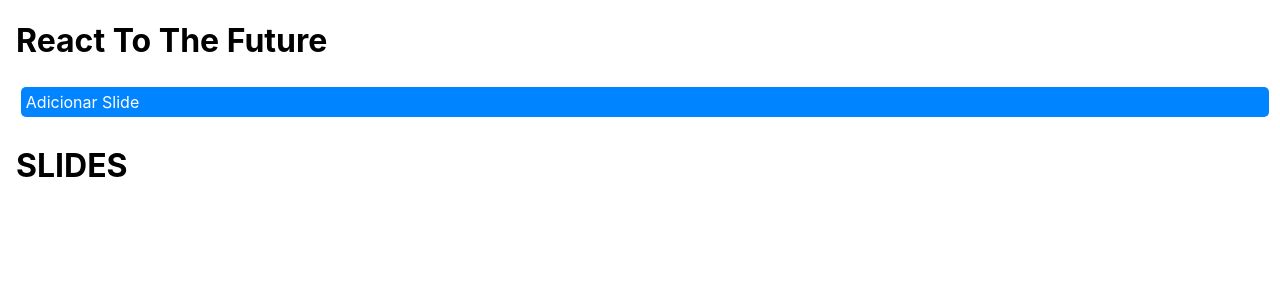
Repository: gotomarcelo/MERN
Page: / (app in cliente/)
These files come from the project's save history. The page is drawn as it stood at one moment and after the next save; the edit follows.
The browser window is 1280 px wide. The pictures show the whole page.
The page's requests for data from a server got no answer. The project was rebuilt for these pictures with package versions that can differ from the ones it lists, and the page was loaded fresh each time. No one was signed in, and anything a server would have sent is missing.

Above is the page before, as saved 2022-01-03 11:06:00.

### cliente/src/App.js
import React, { useState, useEffect } from "react";
import Axios from "axios";
import "./App.css";
import Colapsavel from "./Colapsavel";

function App() {
  const [tituloSlide, setTitulo] = useState("");
  const [conteudoSlide, setConteudo] = useState("");

  const [newTituloSlide, setNewTituloSlide] = useState("");
  const [newConteudoSlide, setNewConteudoSlide] = useState("");

  const [slideList, setSlideList] = useState([]);

  useEffect(() => {
    Axios.get("http://localhost:3001/read").then((response) =>
      setSlideList(response.data)
    );
  }, []);

  const addToList = () => {
    Axios.post("http://localhost:3001/insert", {
      tituloSlide: tituloSlide,
      conteudoSlide: conteudoSlide,
    });
    window.location.reload();
  };

  const updateSlide = (id) => {
    Axios.put("http://localhost:3001/update", {
      id: id,
      newTituloSlide: newTituloSlide,
      newConteudoSlide: newConteudoSlide,
    });
    window.location.reload();
  };

  const deleteSlide = (id) => {
    Axios.delete(`http://localhost:3001/delete/${id}`);
    window.location.reload();
  };

  return (
    <>
    <body>
        <h1>React To The Future</h1>
        <Colapsavel label="Adicionar Slide">
          <label>Título:</label>
          <input
            type="text"
            onChange={(event) => {
              setTitulo(event.target.value);
            } } />

          <label>Conteudo:</label>
          <input
            type="text"
            onChange={(event) => {
              setConteudo(event.target.value);
            } } />
          <button onClick={addToList}>Add To List</button>
        </Colapsavel>
        <h1>SLIDES</h1>
        {slideList.map((val, key) => {
          return (
            <Colapsavel label={val.tituloSlide} key={key}>
              <h1>{val.tituloSlide}</h1>
              <p>{val.conteudoSlide}</p>
              <input
                type="text"
                placeholder="Novo nome do título"
                onChange={(event) => {
                  setNewTituloSlide(event.target.value);
                } } />
              <input
                type="text"
                placeholder="Atualizar conteudo"
                onChange={(event) => {
                  setNewConteudoSlide(event.target.value);
                } } />
              <button onClick={() => updateSlide(val._id)}>Atualizar</button>
              <button onClick={() => deleteSlide(val._id)}>Deletar</button>
            </Colapsavel>
          );
        })}
      </body></>
  );
}

export default App;

### cliente/src/index.css
body {
    font-family: -apple-system, BlinkMacSystemFont, 'Segoe UI', Roboto, Oxygen,
     Ubuntu, Cantarell, 'Open Sans', 'Helvetica Neue', sans-serif;
}

### cliente/src/App.css
.App {
  text-align: center;
  display: flex;
  flex-direction: column;
  justify-content: center;
  align-items: center;
}

input, button {
  width: 200px;
  height: 30px;
  font-size: 20px;
  margin: 5px;

}

### cliente/src/Colapsavel.js
import React, { useState, useRef } from "react";
import "./Colapsavel.css";

function Colapsavel(props) {
  const [isOpen, setIsOpen] = useState(false);

  const paiRef = useRef();

  return (
    <div className="colapsavel">
      <button className="toggle" onClick={() => setIsOpen(!isOpen)}>
        {props.label}
      </button>
      <div
      className="conteudo-pai"
      ref={paiRef}
      style={isOpen
        ?   {
            height: paiRef.current.scrollHeight + "px"
            }
        :   {
            height: "0px"
            }
      }
    >
        <div className="conteudo">{props.children}</div>
      </div>
    </div>
  );
}

export default Colapsavel;

### cliente/src/Colapsavel.css
.colapsavel .toggle {
  background: #0084ff;
  border: unset;
  cursor: pointer;
  font: unset;
  padding: 0.3rem;
  border-radius: 5px;
  color: #ffffff;
  margin-bottom: 0.5rem;
  width: 100%;
  text-align: left;
}

.colapsavel .conteudo {
    border: 1px solid #afafaf;
    padding: 0.5rem;
    border-radius: 5px;
    margin-bottom: 0.5rem;
}

.colapsavel .conteudo-pai {
    height: 0px;
    overflow: hidden;
    transition: height ease 0.3s;
}

Loaded but not shown: cliente/src/index.js (common file)

After the next save:
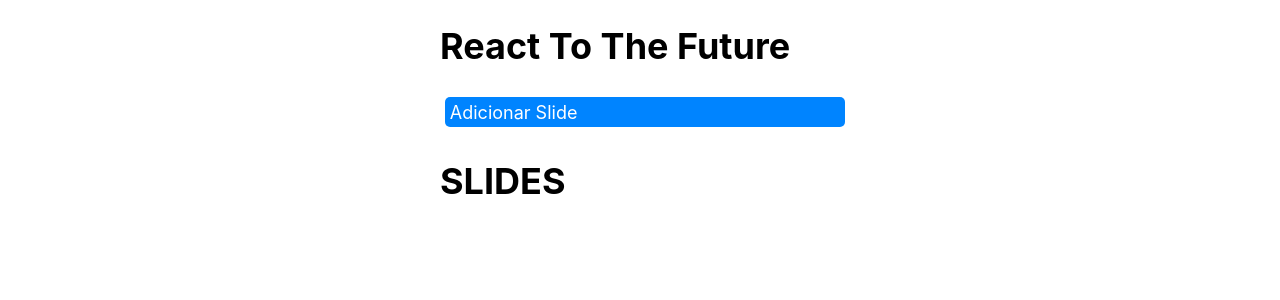
Saved 3 min 30 s later.
--- a/cliente/src/App.css
+++ b/cliente/src/App.css
@@ -13,3 +13,11 @@ input, button {
   margin: 5px;
 
 }
+
+body {
+  max-width: 400px;
+  font-family: gotham, arial, helvetica, sans-serif;
+  font-size: 18px;
+  padding: 0;
+  margin: 0 auto !important;
+}
